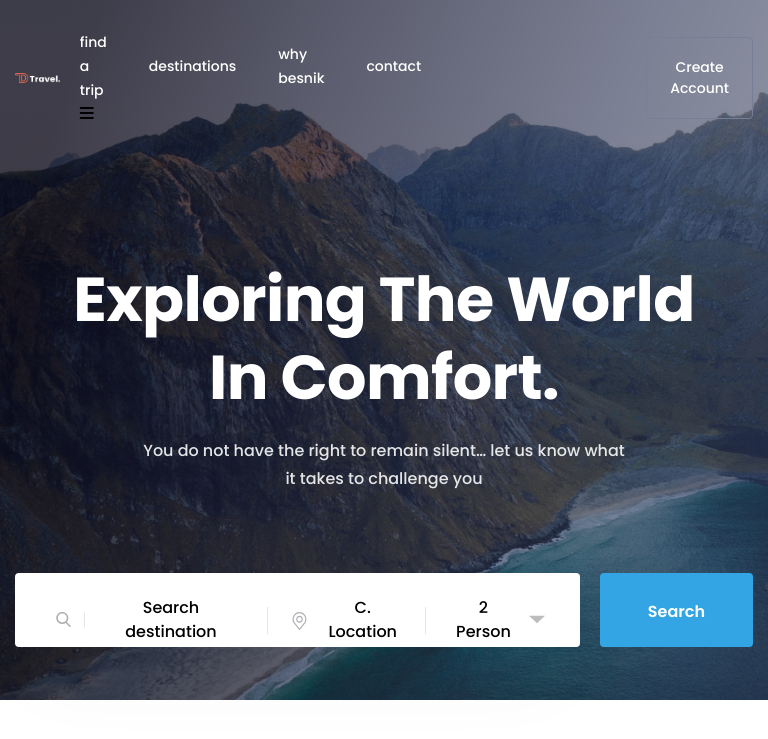
Repository: hoang0508/LandingPage-CodeTravel2
Page: index.html
An editor plug-in stored every save of this project. The page is shown before and after the next save, followed by the edit.
The browser window is 768 px wide. The pictures show the whole page.
Some web libraries are served in a nearby version. The style sheet was rebuilt from its Sass, Less or Tailwind sources for each picture, by a compiler version that may differ from the author's.

Above is the page before, as saved 2022-09-16 14:00:14.

### index.html
<!DOCTYPE html>
<html lang="en">
  <head>
    <meta charset="UTF-8" />
    <meta http-equiv="X-UA-Compatible" content="IE=edge" />
    <meta name="viewport" content="width=device-width, initial-scale=1.0" />
    <title>Travale LandingPage</title>
    <link rel="stylesheet" href="https://cdnjs.cloudflare.com/ajax/libs/font-awesome/4.7.0/css/font-awesome.css">
    <link rel="stylesheet" href="./css/style.css" />
  </head>
  <body>
    <div class="wrapper">
      <!-- HEADER -->
      <header class="header">
        <div class="container">
          <div class="header-main">
            <div class="header-logo">
              <img src="./images/Logo.png" alt="Logo" />
            </div>
            <nav class="header-menu">
              <ul class="header-menu--list">
                <li class="header-menu--item">
                  <a href="#" class="header-menu--link">FIND A TRIP</a>
                </li>
                <li class="header-menu--item">
                  <a href="#" class="header-menu--link">DESTINATIONS</a>
                </li>
                <li class="header-menu--item">
                  <a href="#" class="header-menu--link">WHY BESNIK</a>
                </li>
                <li class="header-menu--item">
                  <a href="#" class="header-menu--link">CONTACT</a>
                </li>
              </ul>
              <div class="header-bar">
                <i class="fa-solid fa-bars"></i>
              </div>
            </nav>

            <div class="header-button">
              <button class="button button-acount">Create Account</button>
            </div>
          </div>

          <div class="header-content">
            <h1 class="header-content--title">
              Exploring The World In Comfort.
            </h1>
            <p class="header-content--desc">
              You do not have the right to remain silent… let us know what it
              takes to challenge you
            </p>
            <div class="header-form">
              <div class="header-content--form">
                <div class="form-down">
                  <div class="form-down--col">
                    <div class="form-down--icon">
                      <img src="./images/icon-search.svg" alt="" />
                    </div>
                    <div class="form-down--text form-down--text-border"></div>
                      <span class="form-down--text-txt">Search destination</span>
                    </div>
                  <div class="form-down--col">
                    <div class="form-down--icon">
                      <img src="./images/icon-loacation.svg" alt="" />
                    </div>
                    <span class="form-down--text form-down--text-location">C. Location</span>
                  </div>
                  <div class="form-down--col">
                    <span class="form-down--text">2 Person</span>
                    <div class="form-down--icon">
                      <img src="./images/icon-arrow.svg" alt="" />
                    </div>
                  </div>
                </div>
                </div>
                <button class="button button-search">Search</button>
              </div>
            </div>
          </div>
        </div>
      </header>
    </div>

    <script src="https://kit.fontawesome.com/6ddfb9b121.js" crossorigin="anonymous"></script>
  </body>
</html>

### sass/main.scss
@import "reset";
@import "variable";
@import "typography";
@import "base";
@import "global";
@import "header";

### sass/_reset.scss
*,
*::before,
*::after {
  box-sizing: border-box;
}
* {
  margin: 0;
  padding: 0;
  font: inherit;
}
body {
  line-height: 1.5;
}
img,
picture,
video,
canvas,
svg {
  display: block;
  max-width: 100%;
}
input,
button,
textarea,
select {
  outline: none;
}
p,
h1,
h2,
h3,
h4,
h5,
h6 {
  overflow-wrap: break-word;
}

a {
  text-decoration: none;
}

ul,
li {
  list-style: none;
}

### sass/_variable.scss
$text-white: #fff;
$primary-color: #34a5e4;
$border-gray: #e6e6e6;

### sass/_typography.scss
@font-face {
  font-family: "Poppins";
  src: url("../fonts/Poppins-Regular.ttf") format("opentype");
  font-style: normal;
  font-display: auto;
  font-weight: 400;
}

@font-face {
  font-family: "Poppins";
  src: url("../fonts/Poppins-Light.ttf") format("opentype");
  font-style: normal;
  font-display: auto;
  font-weight: 300;
}

@font-face {
  font-family: "Poppins";
  src: url("../fonts/Poppins-Medium.ttf") format("opentype");
  font-style: normal;
  font-display: auto;
  font-weight: 500;
}

@font-face {
  font-family: "Poppins";
  src: url("../fonts/Poppins-SemiBold.ttf") format("opentype");
  font-style: normal;
  font-display: auto;
  font-weight: 600;
}

@font-face {
  font-family: "Poppins";
  src: url("../fonts/Poppins-Thin.ttf") format("opentype");
  font-style: normal;
  font-display: auto;
  font-weight: 100;
}

@font-face {
  font-family: "Poppins";
  src: url("../fonts/Poppins-Bold.ttf") format("opentype");
  font-style: normal;
  font-display: auto;
  font-weight: 700;
}

### sass/_base.scss
body {
  font-family: "Poppins", sans-serif;
  font-weight: 500;
}

.wrapper {
  max-width: 1600px;
  margin: 0 auto;
}

.container {
  max-width: 1280px;
  margin: 0 auto;
}

@media screen and (max-width: 1023.98px) {
  .container {
    padding: 0 15px;
  }
}

### sass/_global.scss
// Button
button.button {
  display: inline-block;
  border: 0;
  cursor: pointer;
  color: $text-white;
  font-size: 14px;
  &-acount {
    background-color: transparent;
    padding: 19px 23px;
    border: 1.5px solid #777f96;
    border-radius: 4px;
  }
  &-search {
    height: 74px;
    padding: 27px 48px;
    background-color: $primary-color;
    color: $text-white;
    font-size: 16px;
    font-weight: 600;
    border-radius: 4px;
  }
}

### sass/_header.scss
.header {
  background-image: url("../images/header-img.png");
  min-height: 800px;
  background-size: cover;
  background-repeat: repeat;
  padding-top: 30px;
  &-main {
    display: flex;
    align-items: center;
    margin-bottom: 135px;
  }
  &-logo {
    margin-right: 261px;
  }
  &-menu {
    &--list {
      display: flex;
      align-items: center;
      gap: 0 42px;
      margin-right: 225px;
    }
    &--link {
      color: $text-white;
      text-transform: lowercase;
      font-size: 14px;
    }
  }
  &-button {
    margin-left: auto;
  }
  &-form {
    display: flex;
    justify-content: center;
    align-items: center;
    gap: 0 20px;
  }
  &-content {
    text-align: center;
    &--title {
      max-width: 640px;
      width: 100%;
      margin: 0 auto;
      font-size: 62px;
      font-weight: 700;
      color: $text-white;
      margin-bottom: 20px;
      letter-spacing: -0.01em;
      line-height: 78px;
    }
    &--desc {
      max-width: 493px;
      margin: 0 auto;
      color: #ffffff;
      font-weight: 500;
      mix-blend-mode: normal;
      opacity: 0.88;
      line-height: 28px;
      margin-bottom: 80px;
    }
    &--form {
      background-color: #ffffff;
      padding: 23px 35px 24px 41px;
      height: 74px;
      border-radius: 4px;
      box-shadow: 0px 40px 80px -22px rgba(98, 89, 89, 0.09);
      .form-down {
        display: flex;
        align-items: center;
        &--col {
          display: flex;
          align-items: center;
          gap: 0 13px;
          &:nth-child(1) {
            margin-right: 43px;
          }
          &:nth-child(2) {
            position: relative;
            &::before {
              content: "";
              position: absolute;
              width: 1px;
              height: 27px;
              background-color: $border-gray;
              left: -25px;
            }
            &::after {
              content: "";
              position: absolute;
              width: 1px;
              height: 27px;
              background-color: $border-gray;
              right: 0;
            }
          }
          &:nth-child(3) {
            margin-left: 25px;
          }
        }
        &--text-border {
          position: relative;
          &::before {
            position: absolute;
            content: "";
            width: 1px;
            height: 15px;
            background: #e5e5e5;
            top: 50%;
            transform: translateY(-50%);
          }
        }
        &--text-txt {
          margin-right: 4px;
        }
        &--text-location {
          padding-right: 20px;
        }
        &--icon {
          width: 16px;
          height: 16px;
          display: inline-block;
          img {
            width: 100%;
            object-fit: cover;
          }
        }
      }
    }
  }
}

@media screen and (max-width: 1023.98px) {
  .header {
    min-height: 700px;
    &-logo {
      margin-right: 20px;
    }
  }
}

After the next save:
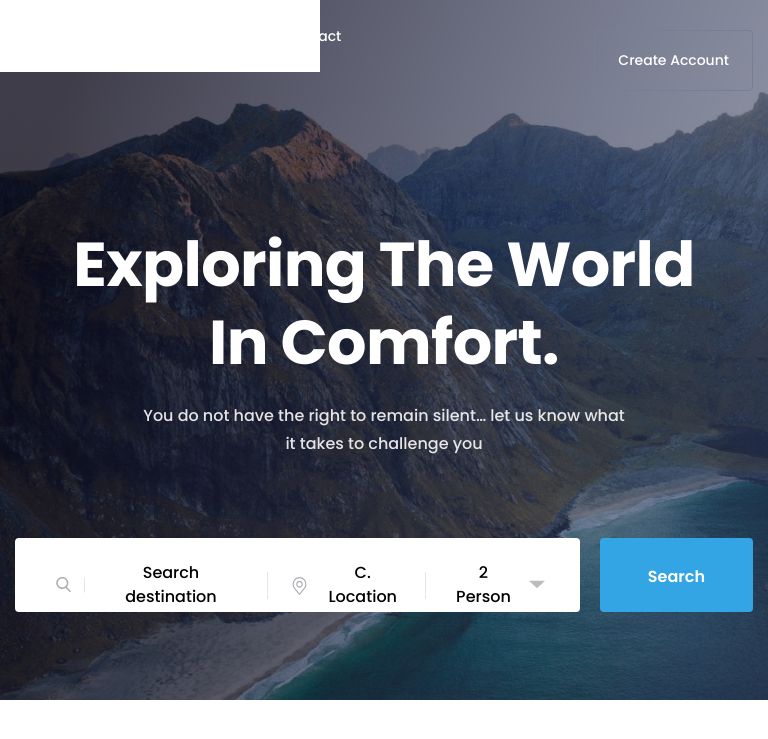
Saved 3 min 45 s later.
--- a/sass/_header.scss
+++ b/sass/_header.scss
@@ -131,8 +131,18 @@
 @media screen and (max-width: 1023.98px) {
   .header {
     min-height: 700px;
+    &-main {
+      align-items: baseline;
+    }
     &-logo {
       margin-right: 20px;
     }
+    &-menu--list {
+      position: fixed;
+      max-width: 320px;
+      top: 0;
+      left: 0;
+      background-color: #fff;
+    }
   }
 }
